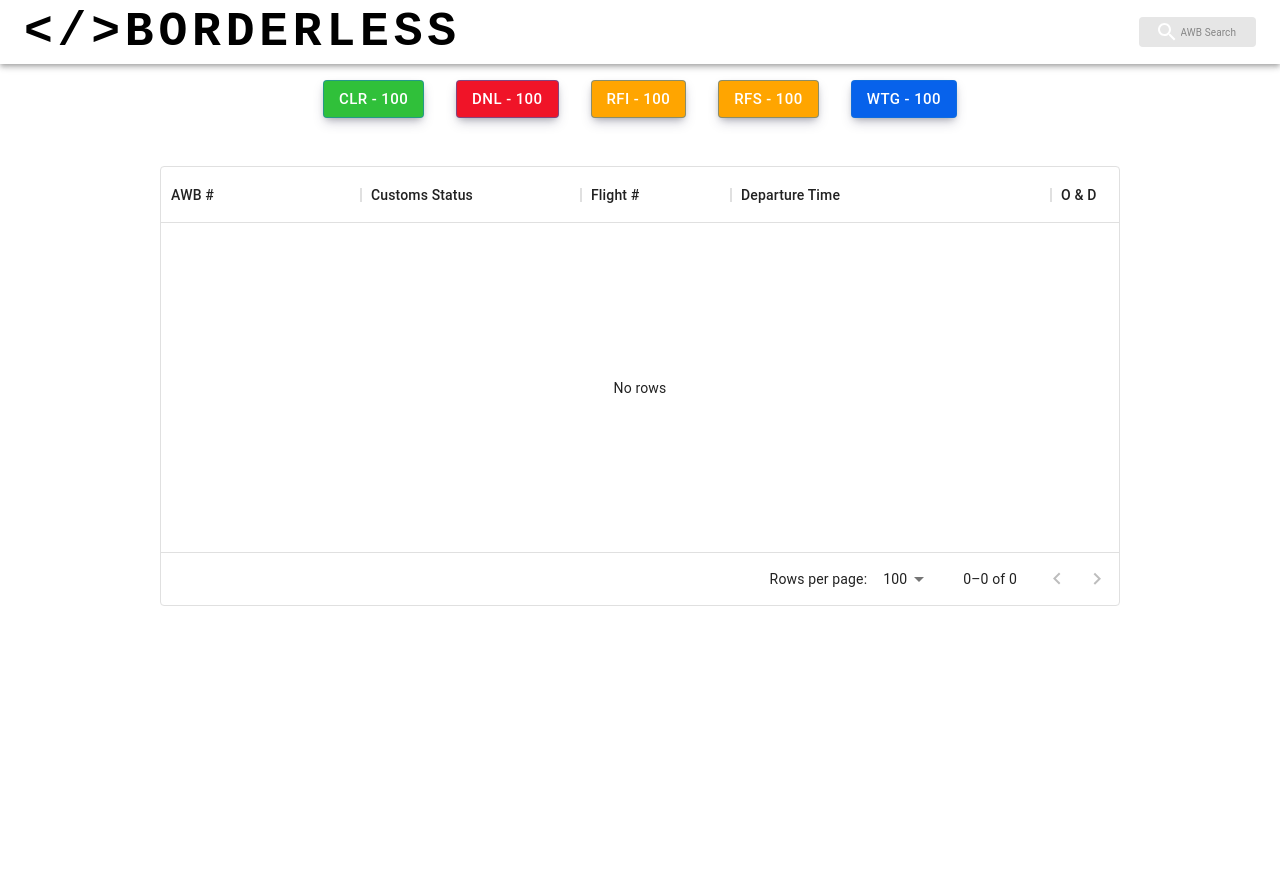
Repository: marlonguerios/onerecord_hackathon_2022
Page: /borderless
The author's editor kept a copy of each file at every save. The page is drawn from the files as they stood at one save, then again after the next save.
The browser window is 1280 px wide. The pictures show the whole page.
The project was rebuilt for these pictures with package versions that can differ from the ones it lists, and the page was loaded fresh each time. Also part of the build but not shown: src/Dashboard.js, src/Customs.css, src/CustomsHeader.js, src/CustomsContent.js, src/CustomsDashboard.js.

Above is the page before, as saved 2022-10-23 10:07:57.

After the next save:
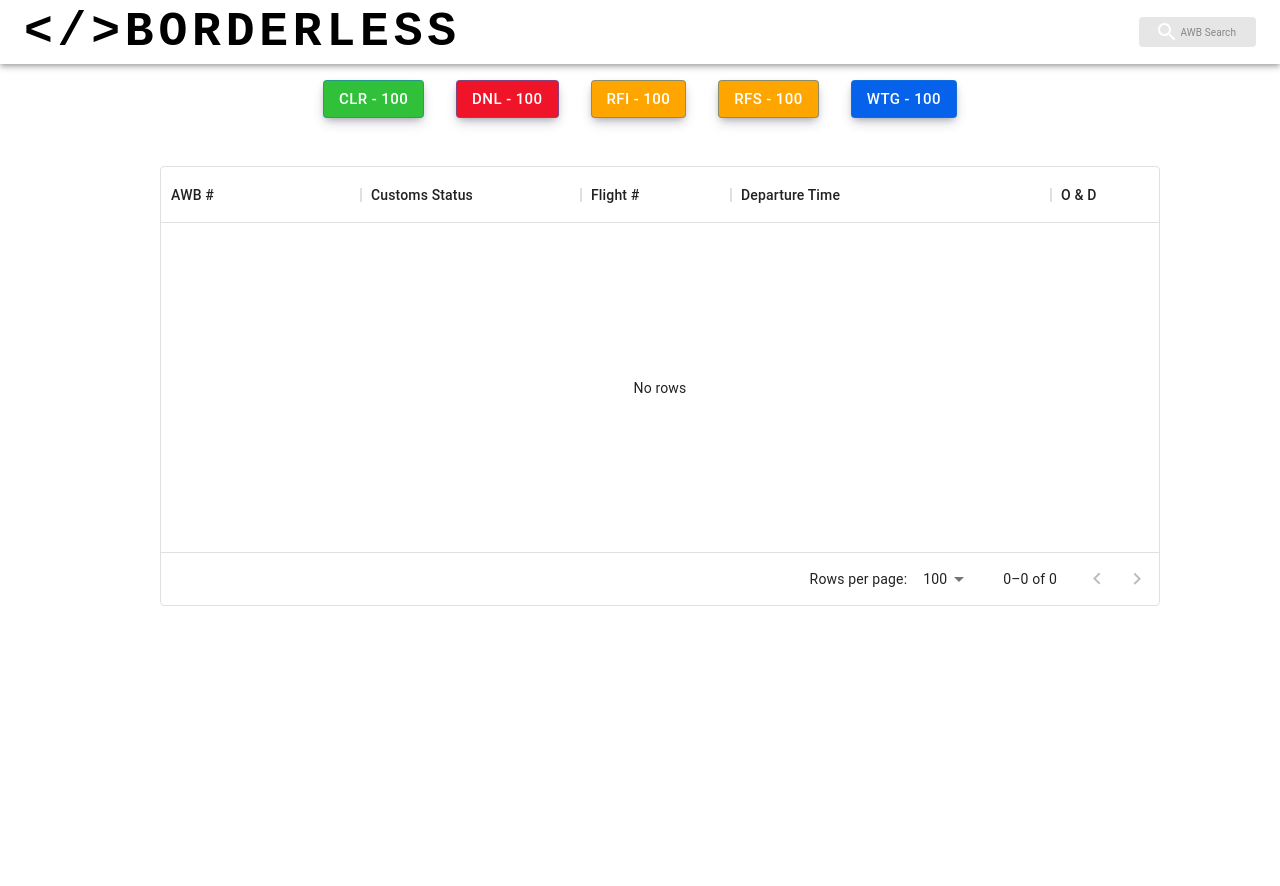
Saved 30 s later.
--- a/src/Warehouse.js
+++ b/src/Warehouse.js
@@ -353,7 +353,7 @@ class Warehouse extends Component {
                 ))}
             </Box>
             <div style={{ backgroundColor: "white", height: "100%", padding: "2rem 10rem 0rem 10rem" }} >
-                <div style={{ height: 440, width: "100%" }}>
+                <div style={{ height: 440, width: "1000px" }}>
                     <DataGrid sx={{ marginTop: 0 }} rows={this.state.gridRows} columns={this.state.gridColumns} />
                 </div>
             </div>
